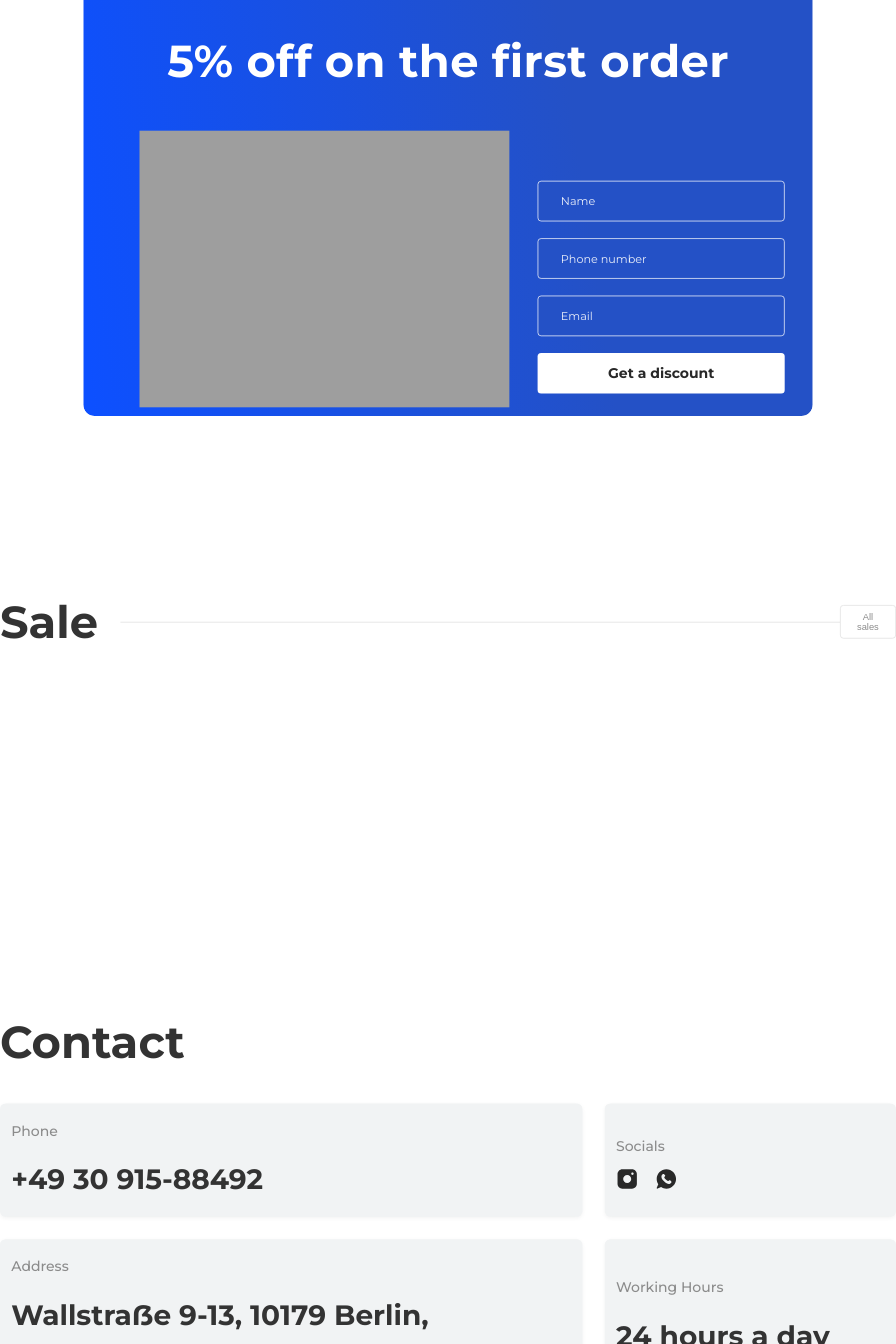
Repository: jursylian/PET-INTERNET-SHOP-PROJECT
Page: /
These files come from the project's save history. The page is drawn as it stood at one moment and after the next save; the edit follows.
The browser window is 1280 px wide. The pictures show the part of the page from y = 1556 to 3476 px (the page is 3940 px tall before and 3932 px after), at 70% of full size.
Pictures or frames that could not be fetched are drawn as grey boxes. The page's requests for data from a server got no answer. The project was rebuilt for these pictures with package versions that can differ from the ones it lists, and the page was loaded fresh each time. No one was signed in, and anything a server would have sent is missing. Also part of the build but not shown: vite.config.js, src/pages/CategoriesAll/CategoriesAll.module.css, src/layouts/PageSection/PageSection.module.css, src/layouts/PageSection/PageSection.jsx, src/pages/CategoriesAll/CategoriesAll.jsx, src/redux/productsSelectors.js, src/components/ProductFilter/ProductFilter.module.css, src/components/ProductFilter/ProductFilter.jsx and 22 more.

Above is the page before, as saved 2025-11-06 18:29:13.

After the next save:
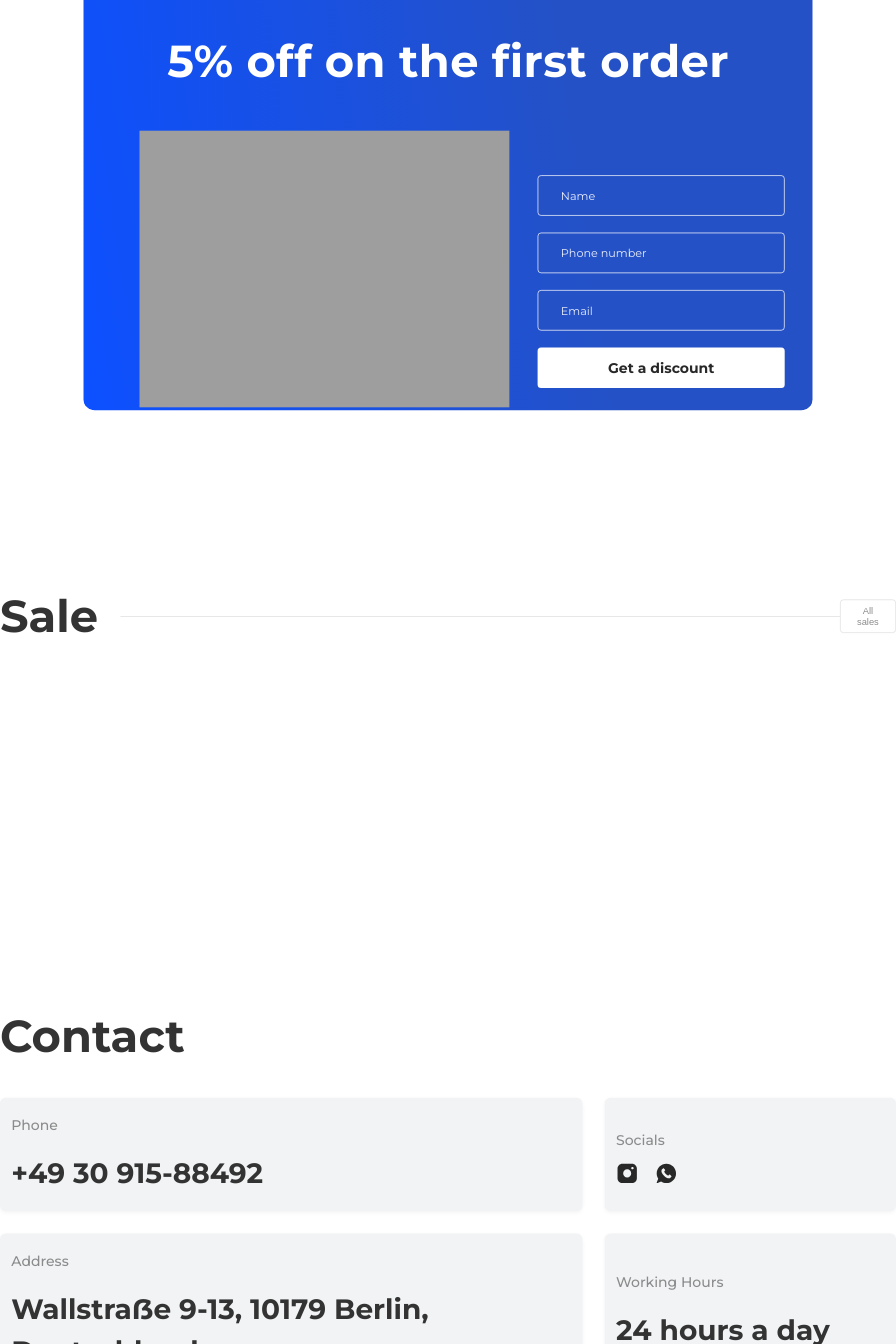
Saved 16 s later.
--- a/src/components/DiscountForm/DiscountForm.module.css
+++ b/src/components/DiscountForm/DiscountForm.module.css
@@ -46,7 +46,7 @@
   max-width: none;
   height: 420px;
   object-fit: contain;
-  margin-bottom: 0;
+  margin-bottom: -8px;
 }
 
 .form {

After the save that followed:
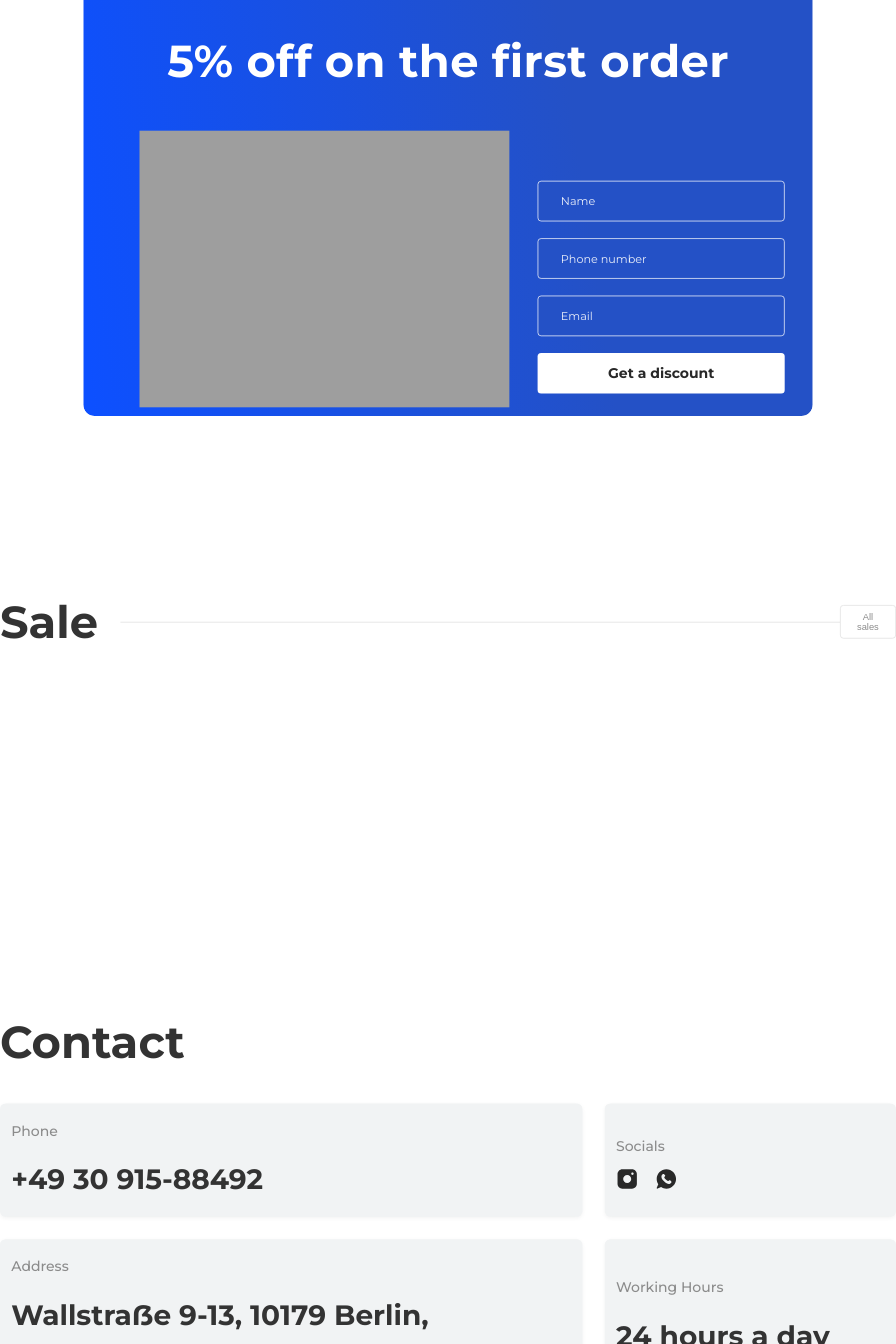
Saved 4 s later.
--- a/src/components/DiscountForm/DiscountForm.module.css
+++ b/src/components/DiscountForm/DiscountForm.module.css
@@ -46,7 +46,7 @@
   max-width: none;
   height: 420px;
   object-fit: contain;
-  margin-bottom: -8px;
+  margin-bottom: -8;
 }
 
 .form {
